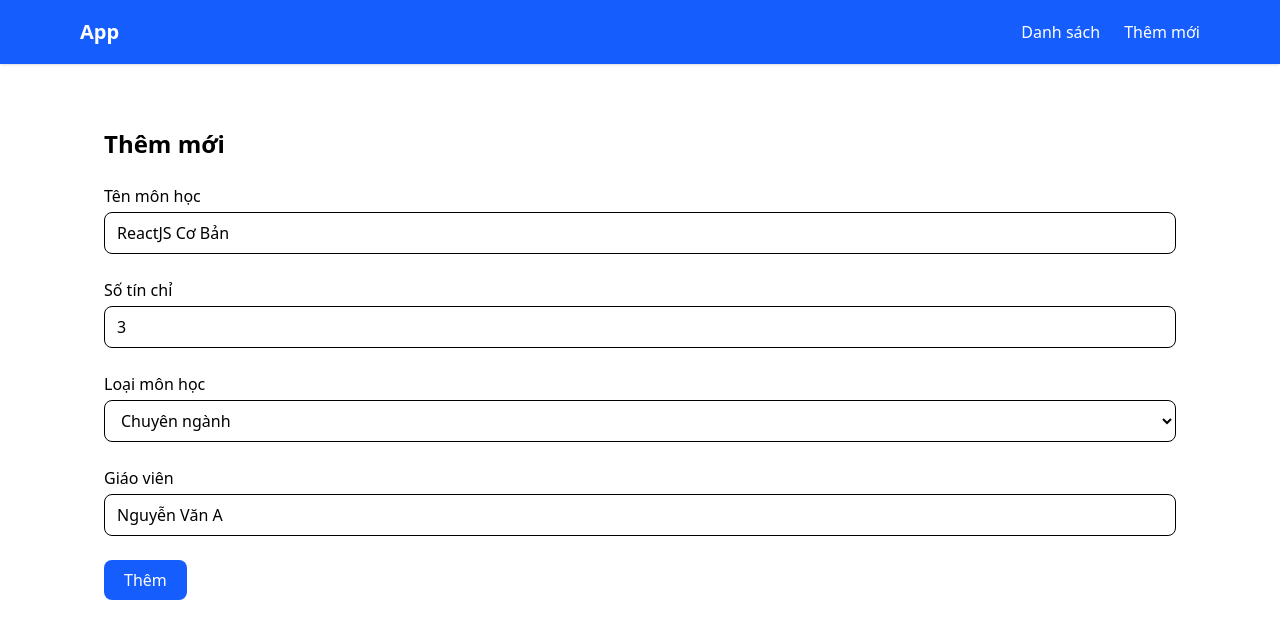
Repository: DODUCHUY195/Lap_Trinh_TypeScript
Page: /add
An editor plug-in stored every save of this project. The page is shown before and after the next save, followed by the edit.
The browser window is 1280 px wide. The pictures show the whole page.
The project was rebuilt for these pictures with package versions that can differ from the ones it lists, and the page was loaded fresh each time. Also part of the build but not shown: vite.config.ts, src/pages/List.tsx, src/pages/Edit.tsx.

Above is the page before, as saved 2026-01-26 18:58:19.

After the next save:
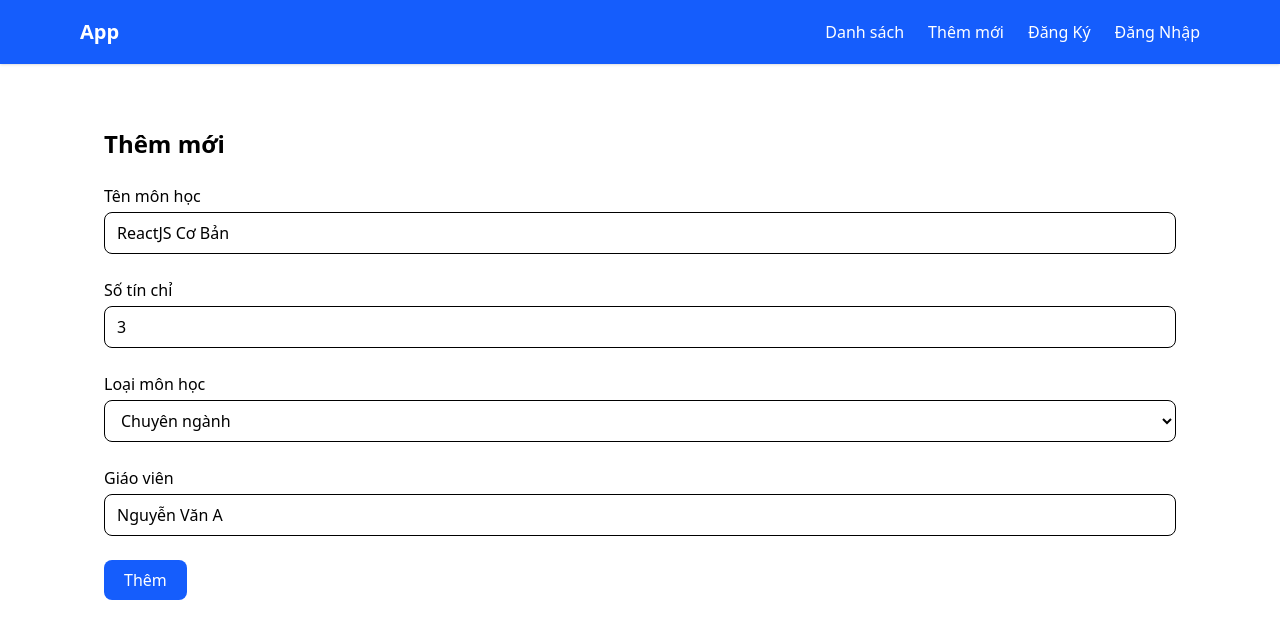
Saved 52 s later.
--- a/src/App.tsx
+++ b/src/App.tsx
@@ -26,6 +26,12 @@ function App() {
             <Link to="/add" className="hover:text-gray-200">
               Thêm mới
             </Link>
+             <Link to="/register" className="hover:text-gray-200">
+              Đăng Ký
+            </Link>
+            <Link to="/login" className="hover:text-gray-200">
+              Đăng Nhập
+            </Link>
           </div>
         </div>
       </nav>
